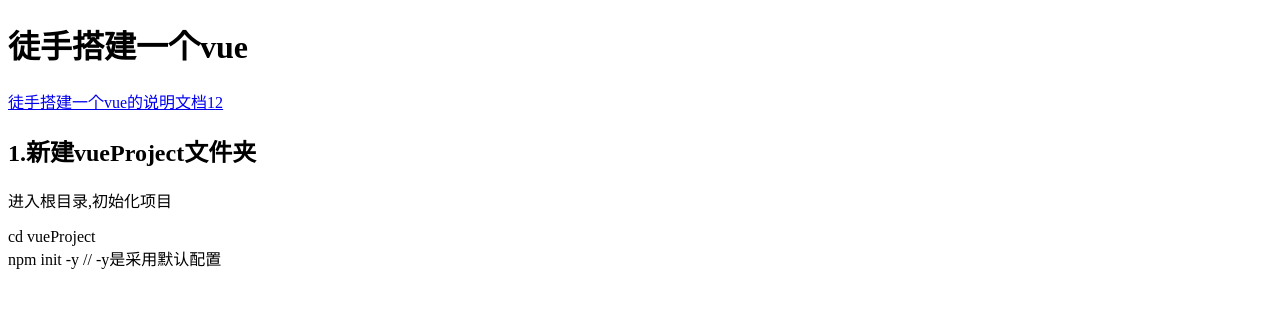
Repository: yuWhy/vue-build-cli
Page: /#/vueBuild
The author's editor kept a copy of each file at every save. The page is drawn from the files as they stood at one save, then again after the next save.
The browser window is 1280 px wide. The pictures show the whole page.
The project was rebuilt for these pictures with package versions that can differ from the ones it lists, and the page was loaded fresh each time. Also part of the build but not shown: webpack.config.js, src/router/index.js.

Above is the page before, as saved 2021-02-19 14:02:27.

After the next save:
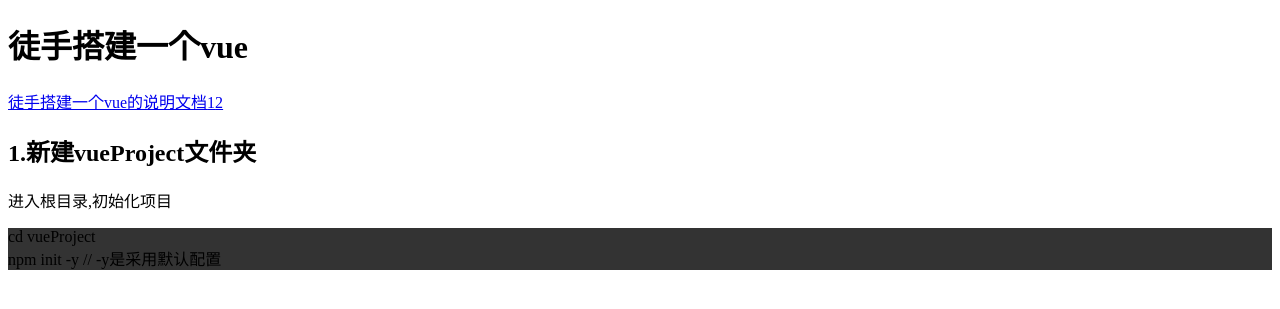
Saved 33 s later.
--- a/src/components/vue-build.vue
+++ b/src/components/vue-build.vue
@@ -13,3 +13,8 @@ export default {
   name: 'vueBuild'
 }
 </script>
+<style scoped>
+  .dimk {
+    background: #333;
+  }
+</style>
